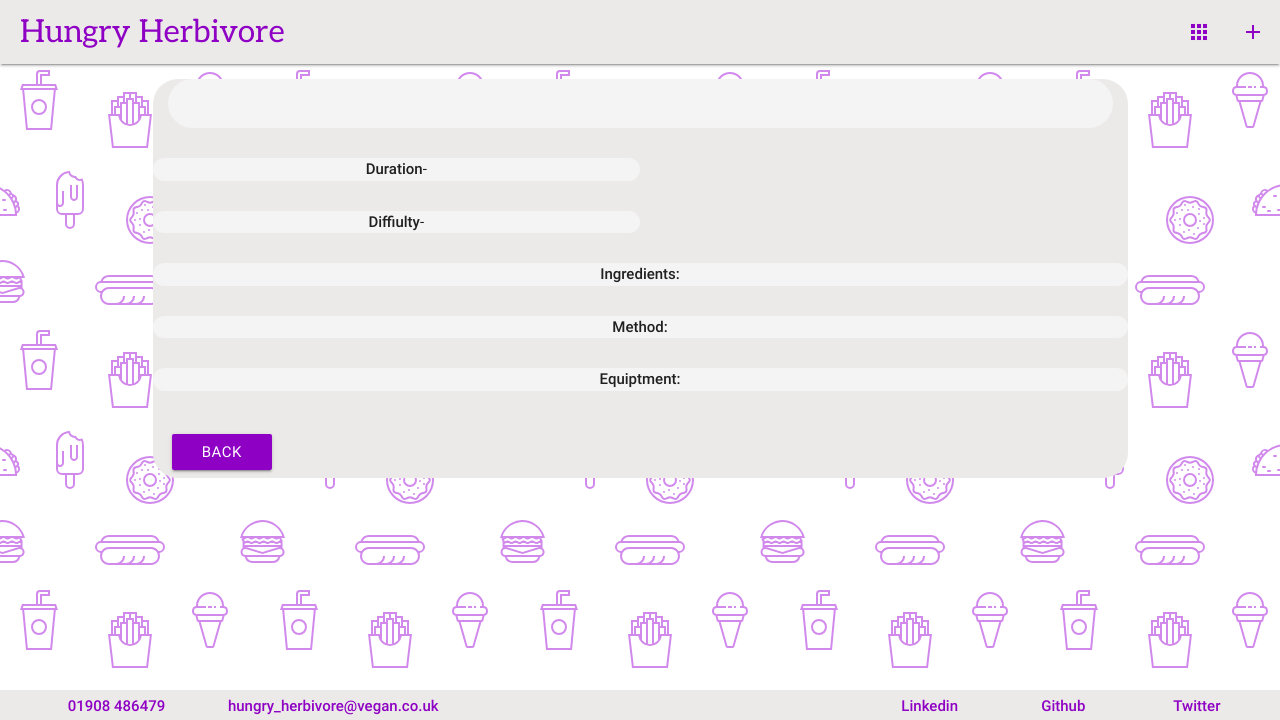
Repository: tgarratt/HungryHerbivore-Milestone3
Page: templates/viewrecipe.html
The author's editor kept a record of every edit. The page is drawn from the files as they stood at one moment, then again after the next edit.
The browser window is 1280 px wide. The pictures show the whole page.
The template is drawn by Flask 3. The application's start-up code is not run. The template is opened directly, without the code that normally fills it, so the values that code supplies are empty.

Above is the page before.

After the next edit:
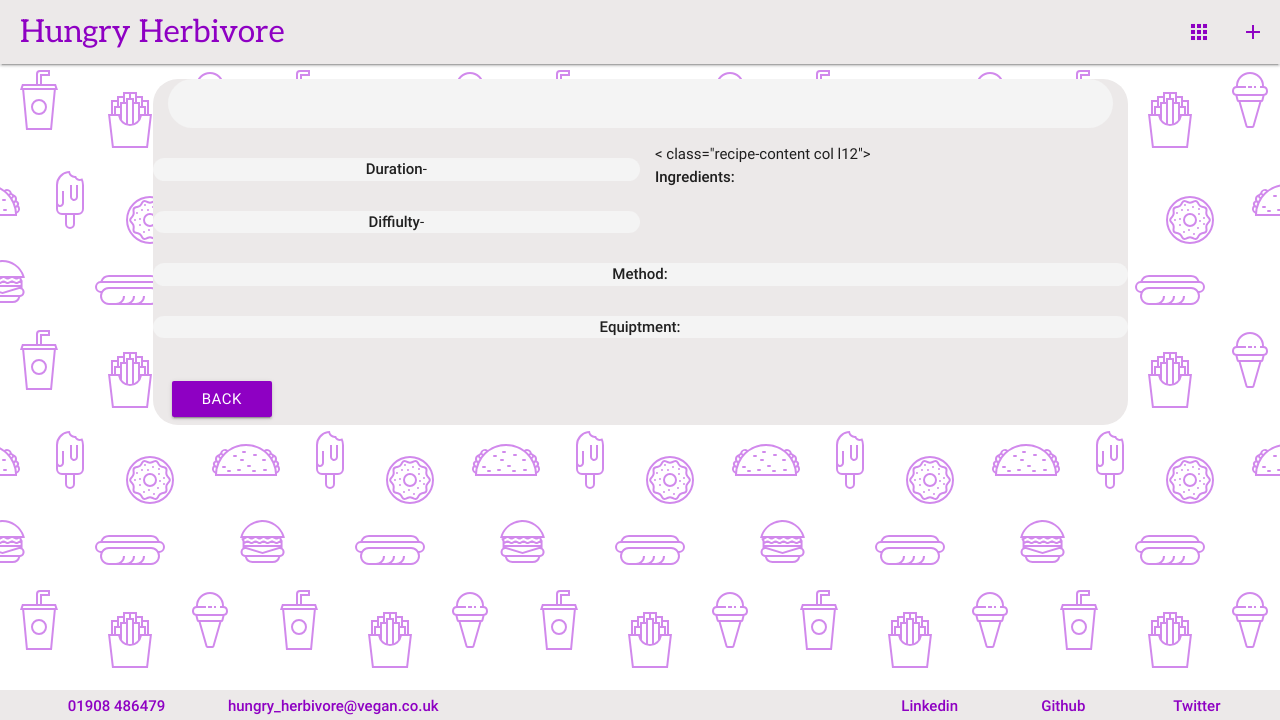
The edit:
--- a/templates/viewrecipe.html
+++ b/templates/viewrecipe.html
@@ -13,7 +13,7 @@
         <div class="recipe-content col l6">
             <div><strong>Diffiulty</strong>- {{recipe.difficulty}}</div>
         </div>
-        <span class="recipe-content col l12">
+        < class="recipe-content col l12">
             <div><strong>Ingredients:</strong></div>
             <div>{{recipe.meal_ingredients}}</div>
         </span>
